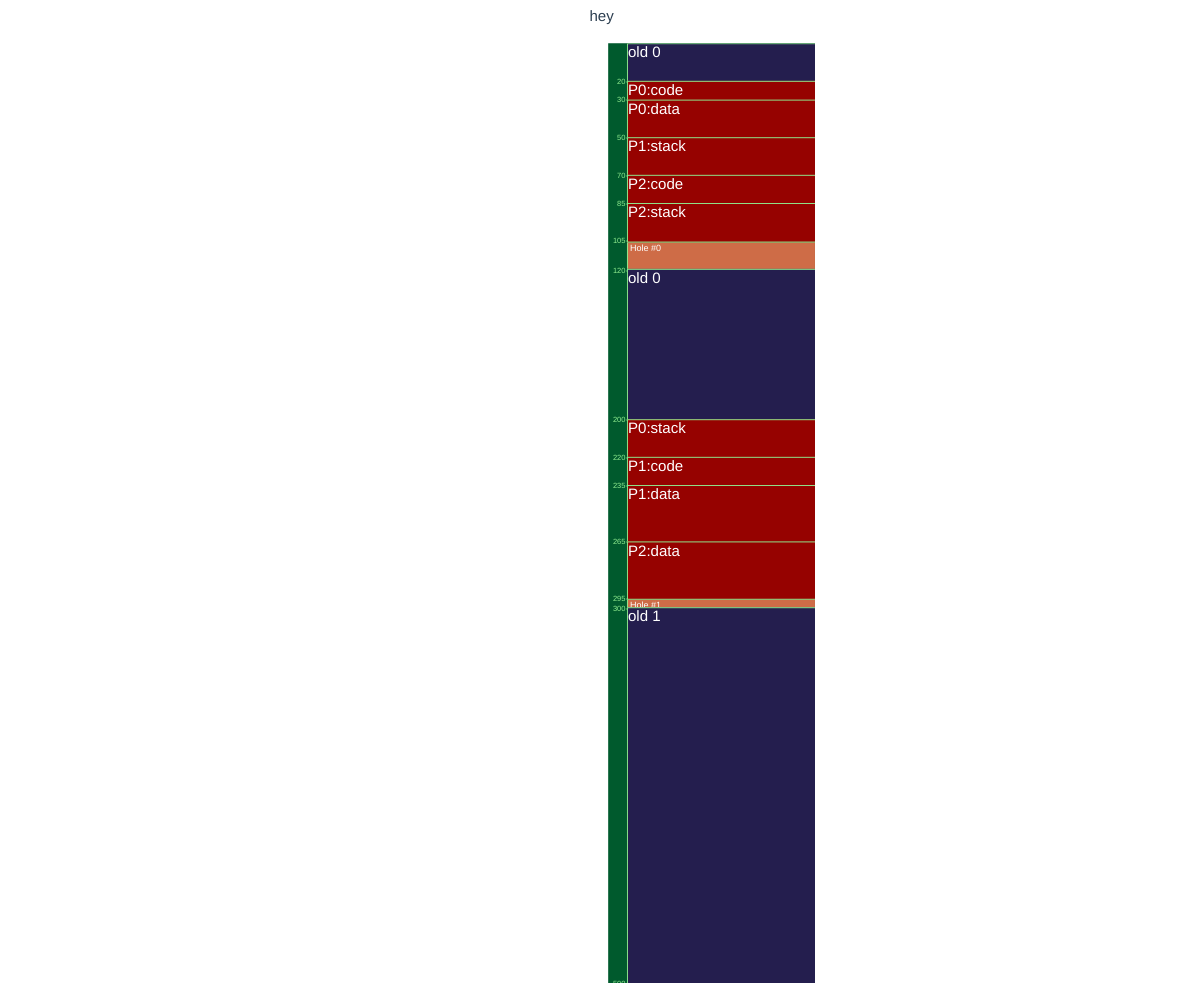
Repository: atout811/memory-allocation-project
Page: /#/final
These files come from the project's save history. The page is drawn as it stood at one moment and after the next save; the edit follows.
The browser window is 1280 px wide. The pictures show the whole page, at 94% of full size.
The project was rebuilt for these pictures with package versions that can differ from the ones it lists, and the page was loaded fresh each time. Also part of the build but not shown: src/views/MemoryAndHoles.vue, src/views/Process.vue, src/views/Methods.vue.

Above is the page before, as saved 2021-06-10 16:55:46.

After the next save:
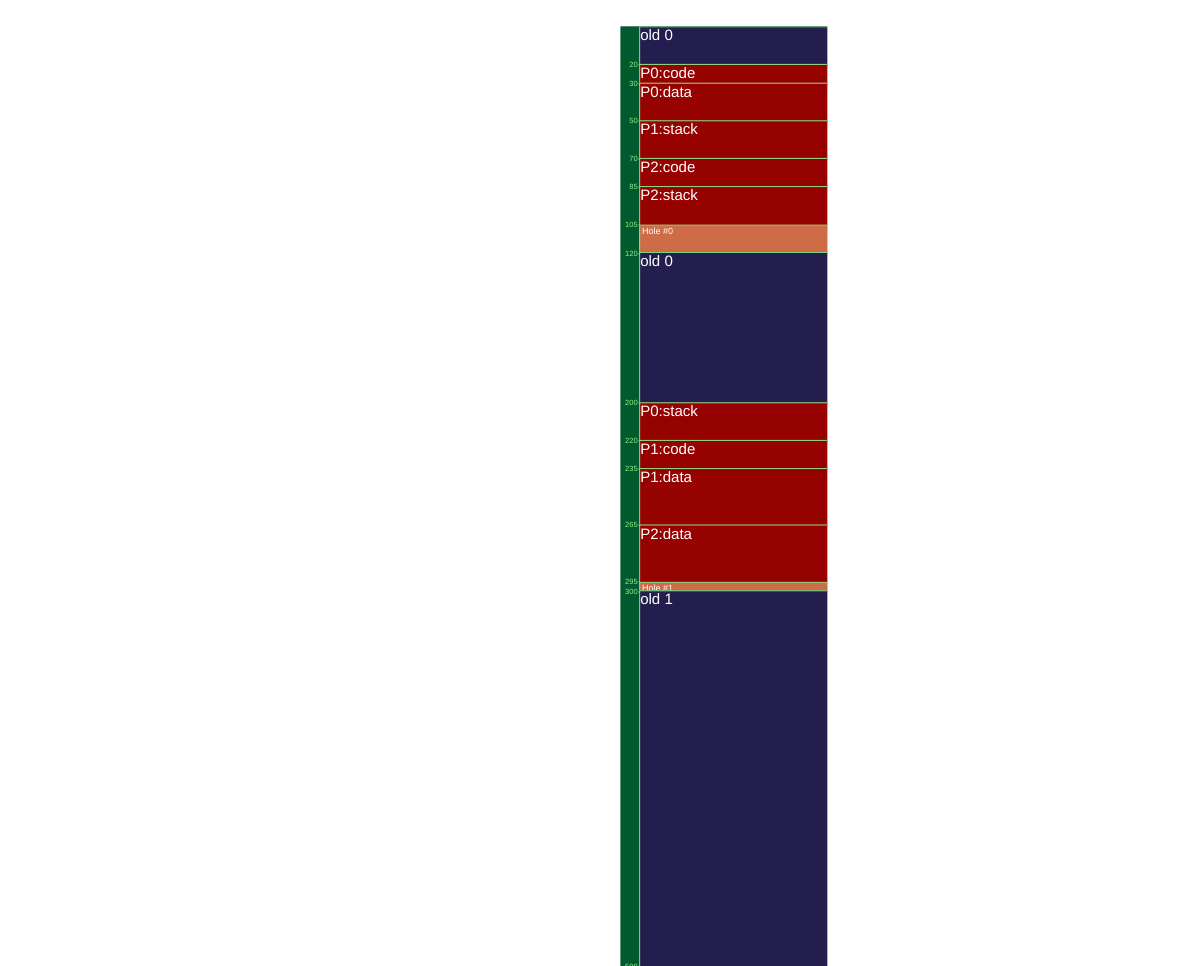
Saved 12 s later.
--- a/src/views/Final.vue
+++ b/src/views/Final.vue
@@ -1,6 +1,5 @@
 <template>
   <div>
-    hey
     <Memory />
   </div>
 </template>
